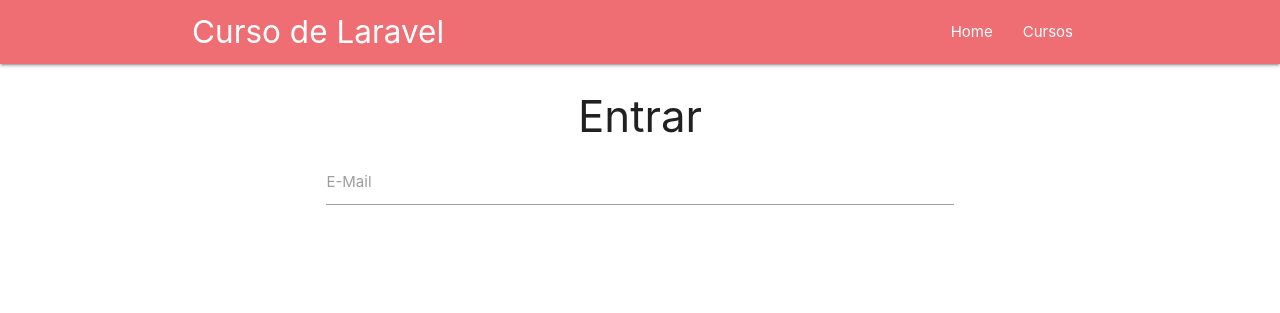
Repository: Kesteves1/Curso_Laravel
Page: http://localhost/login
An editor plug-in stored every save of this project. The page is shown before and after the next save, followed by the edit.
The browser window is 1280 px wide. The pictures show the whole page.
Some web libraries are served in a nearby version. The page is served by the project's Laravel application, run on PHP 8.4 with Laravel 8. Other server files are loaded and not shown.

Above is the page before, as saved 2022-04-13 09:43:03.
Console error: TypeError: $(...).sideNav is not a function

### routes/web.php
<?php

use App\Http\Controllers\ContatoController;
use App\Http\Controllers\Site\HomeController;
use Illuminate\Support\Facades\Route;
use App\Http\Controllers\Site\LoginController;


/*
|--------------------------------------------------------------------------
| Web Routes
|--------------------------------------------------------------------------
|
| This file is where you may define all of the routes that are handled
| by your application. Just tell Laravel the URIs it should respond
| to using a Closure or controller method. Build something great!
|
*/

/*Route::get('/', function ()
{
    return view('home');
});*/

//Route::get('/', [ContatoController::class, 'index']);
Route::get('/', [HomeController::class, 'index'])->name('site.home');
Route::get('/login', [LoginController::class, 'index'])->name('site.login');
Route::get('/sair', [LoginController::class, 'index'])->name('site.sair');
Route::post('/login/entrar', [LoginController::class, 'entrar'])->name('site.login.entrar');

// Route::post('/contato', ['uses' => 'ContatoController@criar']);

//Route::get('/contato', [ContatoController::class, 'index']);

Route::get('/admin/cursos', [ContatoController::class, 'cursos']);
//Route::get('/admin', [ContatoController::class, 'admin']);

// Route::put('/contato', ['uses' => 'ContatoController@editar']);
//Route::get('/contato/editar', [ContatoController::class, 'editar']);
//Route::get('/contato/criar', [ContatoController::class, 'criar'])->name('contato.criar');



Route::group(['middleware' => 'auth'], function(){

        // Route::post('/admin/cursos/salvar',['as'=>'admin.cursos.salvar','uses'=>'Admin\CursoController@salvar']);
    Route::post('/admin/cursos/salvar', [ContatoController::class, 'salvar'])->name('admin.cursos.salvar');

    // Route::get('/admin/cursos/adicionar',['as'=>'admin.cursos.adicionar','uses'=>'Admin\CursoController@adicionar']);
    Route::get('/admin/cursos/adicionar', [ContatoController::class, 'adicionar'])->name('admin.cursos.adicionar');

    // Route::get('/admin/cursos',['as'=>'admin.cursos','uses'=>'Admin\CursoController@index']);
    Route::get('/admin/cursos/{id?}', [ContatoController::class, 'index'])->name('admin.cursos');

    // Route::get('/admin/cursos/editar/{id}',['as'=>'admin.cursos.editar','uses'=>'Admin\CursoController@editar']);
    Route::get('/admin/cursos/editar/{id}', [ContatoController::class, 'editar'])->name('admin.cursos.editar');

    // Route::put('/admin/cursos/atualizar/{id}',['as'=>'admin.cursos.atualizar','uses'=>'Admin\CursoController@atualizar']);
    Route::put('/admin/cursos/atualizar/{id}', [ContatoController::class, 'atualizar'])->name('admin.cursos.atualizar');

    // Route::get('/admin/cursos/deletar/{id}',['as'=>'admin.cursos.deletar','uses'=>'Admin\CursoController@deletar']);
    Route::get('/admin/cursos/deletar/{id}', [ContatoController::class, 'deletar'])->name('admin.cursos.deletar');

});

### app/Http/Controllers/Site/LoginController.php
<?php

namespace App\Http\Controllers\Site;

use App\Http\Controllers\Controller;
use Illuminate\Http\Request;
use Auth;
use Illuminate\Support\Facades\Auth as FacadesAuth;

class LoginController extends Controller
{
    public function index()
    {
        return view('login.index');
    }
    public function entrar(request $req)
    {
        $dados = $req->all();
        if(FacadesAuth::attempt(['email'=>$dados['email'], 'password'=>$dados['senha']]))
        {
            return redirect()->route('admin.cursos');
        }
        return redirect()->route('login.index');
    }

    public function sair()
    {
        return redirect()->route('site.home');
    }
}

### resources/views/login/index.blade.php
@extends('layout.site')

@section('titulo', 'Contatos')

@section('conteudo')
    <div class="container">
        <h3 class="center">Entrar</h3>
            <div class="row">
                <form class="" method="POST" enctype="multipart/form-data" action="{{route('site.login.entrar')}}">
                        @csrf
                            <div class="container">
                                <div class="input-field">
                                    <input type="text" name="email" >
                                    <label >E-Mail</label>
                                </div>
                </form>
            </div>
    </div>
@endsection

### resources/views/layout/site.blade.php

@include('layout._includes.topo')

@yield('conteudo')

@include('layout._includes.footer')

### resources/views/layout/_includes/topo.blade.php
<!DOCTYPE html>
<html>

<head>
    <title>@yield('titulo')</title>
    <!--Import Google Icon Font-->
    <link href="https://fonts.googleapis.com/icon?family=Material+Icons" rel="stylesheet">
    <!-- Compiled and minified CSS -->
    <link rel="stylesheet" href="https://cdnjs.cloudflare.com/ajax/libs/materialize/1.0.0/css/materialize.min.css">

    <!--Let browser know website is optimized for mobile-->
    <meta name="viewport" content="width=device-width, initial-scale=1.0" />
</head>

<body>
    <header>

        <nav>
            <div class="container">
                <div class="nav-wrapper deep-orange">
                    <a href="{{route('admin.cursos')}}" class="brand-logo">Curso de Laravel</a>
                    <a href="#" data-target="mobile-demo" class="sidenav-trigger"><i class="material-icons">menu</i></a>
                    <ul class="right hide-on-med-and-down">
                        <li><a href="{{ route('site.home')}}">Home</a></li>
                        <li><a href="{{ route('admin.cursos') }}">Cursos</a></li>
                    </ul>
                </div>
            </div>
        </nav>

        <ul class="sidenav" id="mobile">
            <li><a href="/">Home</a></li>
            <li><a href="{{ route('admin.cursos') }}">Cursos</a></li>
        </ul>


    </header>

### resources/views/layout/_includes/footer.blade.php
<!-- Compiled and minified JavaScript -->
<script type="text/javascript" src="https://code.jquery.com/jquery-2.1.1.min.js"></script>
<script src="https://cdnjs.cloudflare.com/ajax/libs/materialize/1.0.0/js/materialize.min.js"></script>
<script type="text/javascript">


    $(document).ready(function() {

        // Materialize.updatetextFields();
        $(".button-collapse").sideNav();

        document.addEventListener('DOMContentLoaded', function() {
            var elems = document.querySelectorAll('.sidenav');
            var instances = M.Sidenav.init(elems, options);
        });

        // Or with jQuery

        $(document).ready(function() {
            $('.sidenav').sidenav();

        });
    });
</script>

</body>

</html>

Loaded but not shown: app/Http/Controllers/Controller.php (common file)

After the next save:
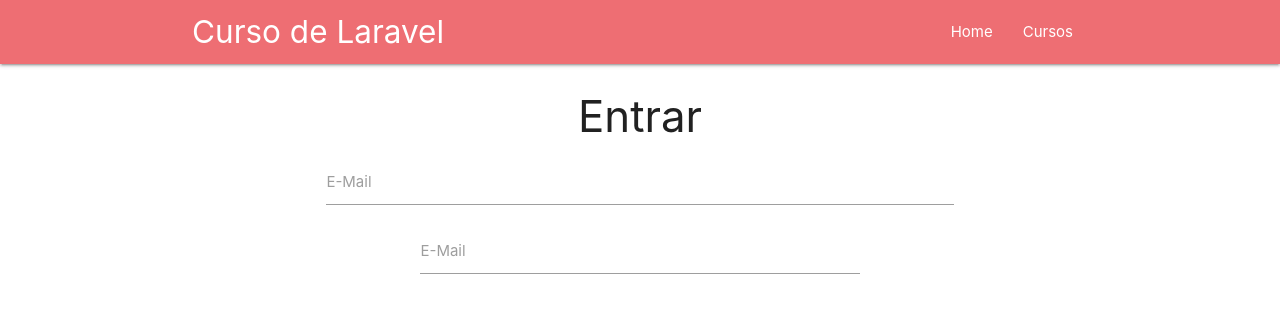
Saved 29 s later.
--- a/resources/views/login/index.blade.php
+++ b/resources/views/login/index.blade.php
@@ -13,6 +13,11 @@
                                     <input type="text" name="email" >
                                     <label >E-Mail</label>
                                 </div>
+                                <div class="container">
+                                    <div class="input-field">
+                                        <input type="text" name="email" >
+                                        <label >E-Mail</label>
+                                    </div>
                 </form>
             </div>
     </div>
